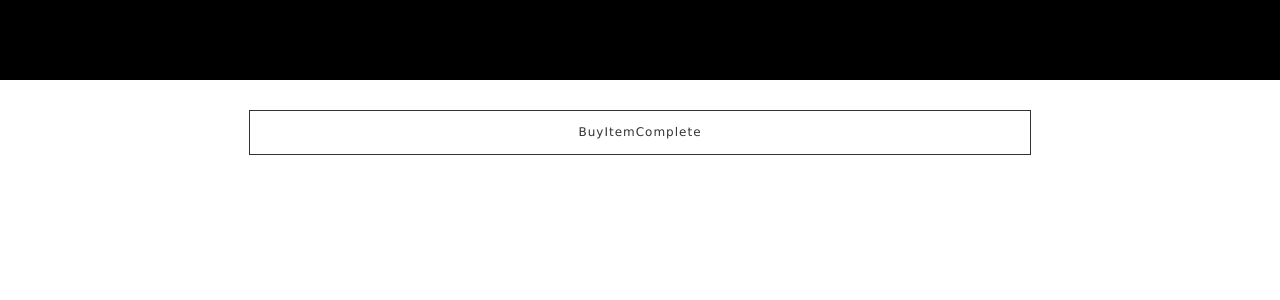
Repository: yukisu18/test
Page: http://localhost/template/buyItemComplete.jsp
These files come from the project's save history. The page is drawn as it stood at one moment and after the next save; the edit follows.
The browser window is 1280 px wide. The pictures show the whole page.
The page is served by Tomcat 9. Nobody is signed in. The application's start-up code is not run. Other server files are loaded and not shown.

Above is the page before, as saved 2019-02-22 12:16:01.

### template/WebContent/buyItemComplete.jsp
<%@ page language="java" contentType="text/html; charset=UTF-8"
	pageEncoding="UTF-8"%>
<%@ taglib prefix="s" uri="/struts-tags"%>
<!DOCTYPE html>
<html>
<head>
<meta http-equiv="Content-Type" content="text/html; charset=UTF-8">
<meta http-equiv="Content-Style-Type" content="text/css" />
<meta http-equiv="Content-Script-Type" content="text/javascript" />
<meta http-equiv="imagetoolbar" content="no" />
<meta name="description" content="" />
<title>buyItemComplete画面</title>

<style type="text/css">

/* ========TAG LAYOUT======== */
body {
	margin: 0;
	padding: 0;
	line-height: 1.6;
	letter-spacing: 1px;
	font-family: Verdana, Helvetica, sans-serif;
	font-size: 12px;
	color: #333;
	background: #fff;
}

table {
	text-align: center;
	margin: 0 auto;
}

/* ========ID LAYOUT======== */
#top {
	width: 780px;
	margin: 30px auto;
	border: 1px solid #333;
}

#header {
	width: 100%;
	height: 80px;
	background-color: black;
}

#main {
	width: 100%;
	height: 500px;
	text-align: center;
}

#footer {
	width: 100%;
	height: 80px;
	background-color: black;
	clear: both;
}
</style>
</head>
<body>
	<div id="header">
		<div id="pr"></div>
	</div>
	<div id="main">
		<div id="top">
		<p>BuyItemComplete</p>
		</div>
	</div>
</body>
</html>

After the next save:
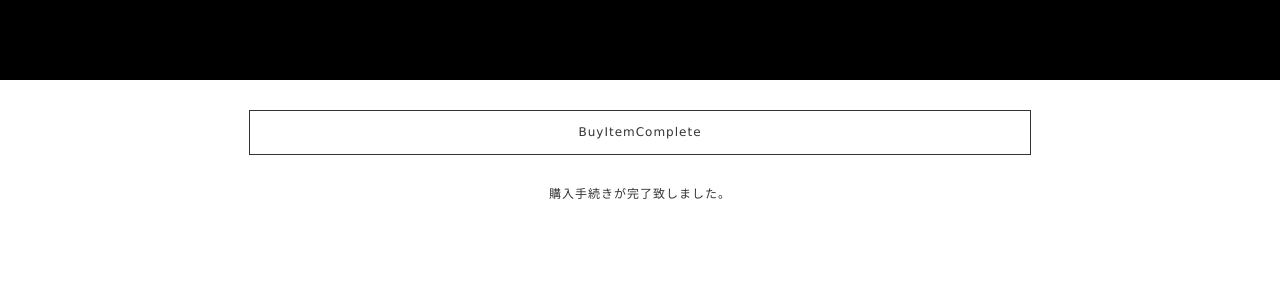
Saved 46 s later.
--- a/template/WebContent/buyItemComplete.jsp
+++ b/template/WebContent/buyItemComplete.jsp
@@ -65,6 +65,9 @@ table {
 		<div id="top">
 		<p>BuyItemComplete</p>
 		</div>
+		<div>
+		<p>購入手続きが完了致しました。</p>
+		</div>
 	</div>
 </body>
 </html>
